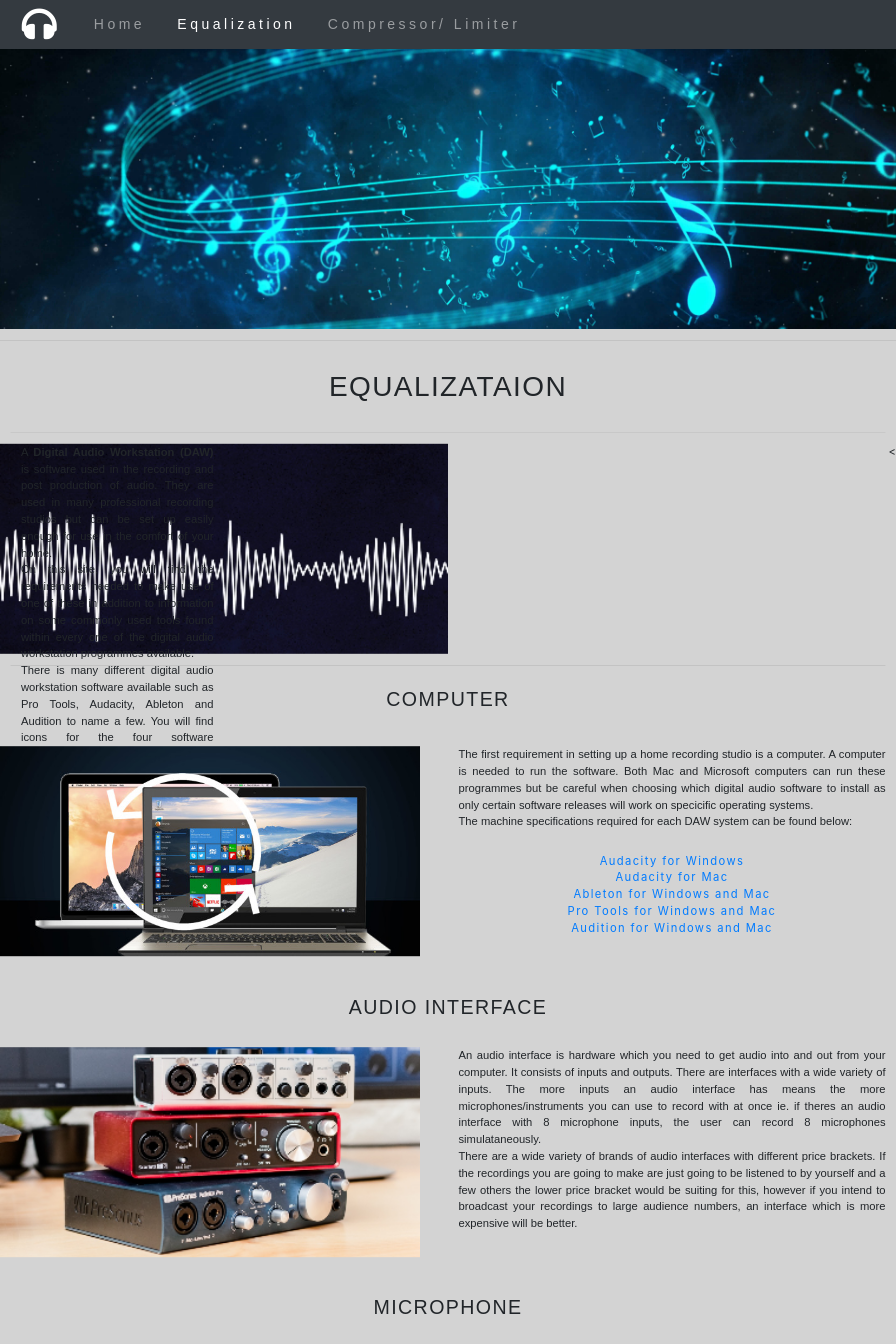
Repository: djjtyn/CIMilestoneProject1
Page: eq.html
The author's editor kept a record of every edit. The page is drawn from the files as they stood at one moment, then again after the next edit.
The browser window is 1280 px wide. The pictures show the part of the page from y = 0 to 1920 px (the page is 2670 px tall), at 70% of full size.
Some web libraries are served in a nearby version.

Above is the page before.
Console error (its wording comes from the project's code and is left out).

### eq.html
<!DOCTYPE html>
<html lang="en">
<head>
    <meta charset="UTF-8">
    <meta name="viewport" content="width=device-width, initial-scale=1.0">
    <meta http-equiv="X-UA-Compatible" content="ie=edge">
    <link rel="stylesheet" href="https://stackpath.bootstrapcdn.com/bootstrap/4.3.1/css/bootstrap.min.css" integrity="sha384-ggOyR0iXCbMQv3Xipma34MD+dH/1fQ784/j6cY/iJTQUOhcWr7x9JvoRxT2MZw1T" crossorigin="anonymous">
    <link href="https://cdnjs.cloudflare.com/ajax/libs/font-awesome/5.9.0/css/all.min.css" rel="stylesheet">
    <link rel="stylesheet" href="css/style.css" type="text/css" />
    <title>Digital Audio Workstation</title>
</head>
<body>
  <nav class="navbar navbar-expand-md navbar-dark bg-dark fixed">
            <div class="nav-brand">
                <i class="fas fa-headphones"></i>
            </div>
            <button class="navbar-toggler" type="button" data-toggle="collapse" data-target="#navbarResponsive" aria-hidden="true">
                <span class="navbar-toggler-icon"></span>
            </button>

            <div class="collapse navbar-collapse" id="navbarResponsive">
                <ul class="navbar-nav mr-auto">
                    <li class="nav-item">
                        <a class="nav-link" href="index.html">Home</a>
                    </li>
                      <li class="nav-item">
                        <a class="nav-link active" href="eq.html">Equalization</a>
                    </li>
                      <li class="nav-item">
                        <a class="nav-link" href="compressor.html">Compressor/ Limiter</a>
                    </li>
                </ul>
            </div>
        </nav> <!--NAVBAR-->

  <div class="no-gutters common-img "></div>                                  <!--COMMON PIC-->

  <hr>
                                                                            <!--MAIN-->
  <section class="container-fluid">
    <div class="row">
      <div class="col-12">
        <h1>EQUALIZATAION</h1>
      </div>
    </div>
    <hr>

    <div class="row">
      <div class="col-12 col-md-6 eq">
      <div class="col-12 col-md-6">
        <p>A <b>Digital Audio Workstation (DAW)</b> is software used in the recording and post production of audio. They are used in many professional recording studios but can be set up easily enough for use in the comfort of your home.<br>
        On this site, you will find the requirements needed to make use of one of these in addition to information on some commonly used tools found within every one of the digital audio workstation programmes available.<br>
          There is many different digital audio workstation software available such as Pro Tools, Audacity, Ableton and Audition to name a few. You will find icons for the four software programmes I have named. Each icon is a link, which upon clicking, will take you to a page containing information for each individual program and features for each one. Every one  of these software programmes have their own strengths and weaknesses but all will work well with recording or improving audio quality for basic home recordings.</p>
      </div>
    </div>

    <hr>

    <

    </div>                            <!--Requirements-->

    <hr>

    <div class="row comp">
      <div class="col-12">
        <h3>Computer</h3>
      </div>

      <div class="col-12 col-md-6 computer"></div>
      <div class="col-12 col-md-6">
      <p>The first requirement in setting up a home recording studio is a computer. A computer is needed to run the software. Both Mac and Microsoft computers can run these programmes but be careful when choosing which digital audio software to install as only certain software releases will work on specicific operating systems.<br>
                   The machine specifications required for each DAW system can be found below:
                   <ul>
                       <li><a href="https://www.audacityteam.org/download/windows/#sysreq" target="_blank">Audacity for Windows</a></li>
                       <li><a href="https://www.audacityteam.org/download/mac/" target="_blank">Audacity for Mac</a></li>
                       <li><a href="https://help.ableton.com/hc/en-us/articles/115001663530-Live-10-Minimum-System-Requirements" target="_blank">Ableton for Windows and Mac</a></li>
                       <li><a href="http://avid.force.com/pkb/articles/compatibility/Pro-Tools-System-Requirements" target="_blank">Pro Tools for Windows and Mac</a></li>
                       <li><a href="https://helpx.adobe.com/ie/audition/system-requirements.html"target="_blank">Audition for Windows and Mac</a>
                    </ul>
                </p>
      </div>
    </div>


    <div class="row">
      <div class="col-12">
        <h3>Audio Interface</h3>
      </div>
    </div>

    <div class="row int">
      <div class="col-12 col-md-6 interface"></div>
      <div class="col-12 col-md-6">
        <p>An audio interface is hardware which you need to get audio into and out from your computer. It consists of inputs and outputs. There are interfaces with a wide variety of inputs. The more inputs an audio interface has means the more microphones/instruments you can use to record with at once ie. if theres an audio interface with 8 microphone inputs, the user can record 8 microphones simulataneously.<br>
          There are a wide variety of brands of audio interfaces with different price brackets. If the recordings you are going to make are just going to be listened to by yourself and a few others the lower price bracket would be suiting for this, however if you intend to broadcast your recordings to large audience numbers, an interface which is more expensive will be better.</p>
      </div>
    </div>

    <div class="row">
      <div class="col-12">
        <h3>Microphone</h3>
      </div>
    </div>

    <div class="row int">
      <div class="col-12 col-md-6 microphone"></div>
      <div class="col-12 col-md-6">
        A microphone will definatly be needed if you intent to record vocals. However, if you plan on just recording instrumentals with musical instruments the microphone may not be needed, as most amplifiers for electric instruments have line out capibilities that allow a 3/4 jack to be inserted ad routed direct to the interface,
        There is a wide variety of microphones which are dynamic microphones, condensor microphones and ribbon microphones.
      </div>
    </div>



  </section>



  <footer class="container-fluid links">
    <h5 class="uppercase">Useful Sites</h5>
    <div class="sos">
      <h6>Sound on Sound:</h6>
    <a href="https://www.soundonsound.com/" target="_blank"> <i class="fas fa-globe"></i></a>
    <a href="https://www.youtube.com/channel/UCFw2zGrdiLLAwbNQra1vtnA" target="_blank"><i class="fab fa-youtube"></i></a>
    <a href="https://www.facebook.com/soundonsoundmag/" target="_blank"><i class="fab fa-facebook"></i></a>
    </div>
    <div class="mwthm">
      <h6>Mix with the Masters:</h6>
    <a href="https://mixwiththemasters.com/" target="_blank"><i class="fas fa-globe"></i></a>
    <a href="https://www.youtube.com/user/MixWithTheMASTERS" target="_blank"><i class="fab fa-youtube"></i></a>
      <a href="https://www.facebook.com/MixWithTheMasters/" target="_blank"><i class="fab fa-facebook"></i></a>
    </div>
     <div class="pa">
      <h6>Production Advice:</h6>
    <a href="https://productionadvice.co.uk/" target="_blank"><i class="fas fa-globe"></i></a>
    <a href="https://www.youtube.com/channel/UCMFrnWIF6N5YtOZzmCGP16A" target="_blank"><i class="fab fa-youtube"></i></a>
     <a href="https://www.facebook.com/ProductionAdvice/" target="_blank"><i class="fab fa-facebook"></i></a>
    </div>

    <div class="copy">
      <small>&copy; Copyright 2019, Example Corporation</small>
    </div>




    </footer>

</body>
<script src="https://cdnjs.cloudflare.com/ajax/libs/jquery/3.2.1/jquery.min.js"></script>
<script src="https://cdnjs.cloudflare.com/ajax/libs/twitter-bootstrap/4.0.0-alpha.6/js/bootstrap.min.js"></script>
</html>

### css/style.css
h1, h2, h3 {
    text-align: center;
    font-family: Arial;
    padding: 5;
    margin:2%;
    letter-spacing: 2px;
    text-transform: uppercase;
}

h3{
    padding: 15px;
}

p{
    text-align: justify;
    font-family: Arial;
}


/*-------------------------------------------------NAVBAR---*/

nav{
    height: 70px;
    font-size: 20px;
    color: #fff;
}

.fa-headphones{
    padding-left: 15px;
    padding-right:15px;
    margin-right: 15px;
    font-size: 50px;
}

nav ul li {
    padding:15px;
    font-family: Arial;
    letter-spacing: 5px;}

/*-------------------------------------------------COMMON IMG---*/
.common-img {
    height: 400px;
    width: 100%;
    background-image: url("../images/bg.jpg");
    background-size: cover;
    background-repeat: no-repeat;
    background-position: center;
   width: 100%;
   }


/*-------------------------------------------------MAIN---*/
h1, h2, h3 {
    text-align: center;
}

body{
    background-color: #d3d3d3;
}

.pro-tools, .ableton, .audacity, .audition {
    display: inline-block;
    padding: 2%;
}

.icons {
    text-align: center;}


/*-------------------------------------------------Requirements--*/
.comp h3{
    margin-bottom:35px;
    margin-top:0;
}

.comp ul {
    text-align:center;
    padding:15px;
}



.comp .fa-apple-alt{
    padding:10px;
}

.computer {
    width: 356px;
    height: 300px;
    background-image: url("../images/computer.jpg");
    background-size: contain;
    background-repeat: no-repeat;
    }




.interface{
    background-image: url("../images/interface.jpg");
     height: 300px;
     width:100%;
    background-size: contain;
    background-repeat: no-repeat;}

.microphone{
    background-image: url("../images/microphones.png");
     height: 300px;
    background-size: contain;
    background-repeat: no-repeat;
    background-position:center;

}

.comp, .mic, .int{
    margin-bottom:15px;
   }

ul{
    list-style: none;
    letter-spacing: 2px;
}


/*-------------------------------------------------FOOTER---*/


footer {
    background-color: #000;
    margin-top:5%;


}

h5 {
    font-family: Arial;
    color: #fff;
    letter-spacing: 2px;
    text-decoration: underline;
    font-weight: 300;
    padding: 15px;
    margin: 5;
}

h6 {
    font-family: Arial;
    letter-spacing: 2px;
    color: white;
    font-size: 15px;
}

.links a, .links, h6 {
    display: inline-block;
    padding: 10px;}

footer i {
    height: 30px;
    width: 20px;
    color: #fff;
    padding: 15px;
    margin: 15px;
    transition-timing-function: ease-in-out;
    transition-duration: .5s;
}

.copy{
    color: #fff;
    text-align: center;
    margin-top: 20px;
}

footer i:hover {
  color: red;
}

 /*-------------------------------------------------EQ---*/
 .eq{
     background-image: url("../images/EQ.png");
     background-size: cover;
     background-repeat: no-repeat;
     height: 300px;
     width:100%;
 }

 .oneband {
     background-image: url("../images/1band.png");
     background-size: contain;
     background-repeat: no-repeat;
     background-position: center;
     width:100%;
 }

 .sevenband{
     background-image: url("../images/7band.jpg");
     width:100%
     background-size: contain;
     background-repeat: no-repeat;
     background-position: center;


 }

After the next edit:
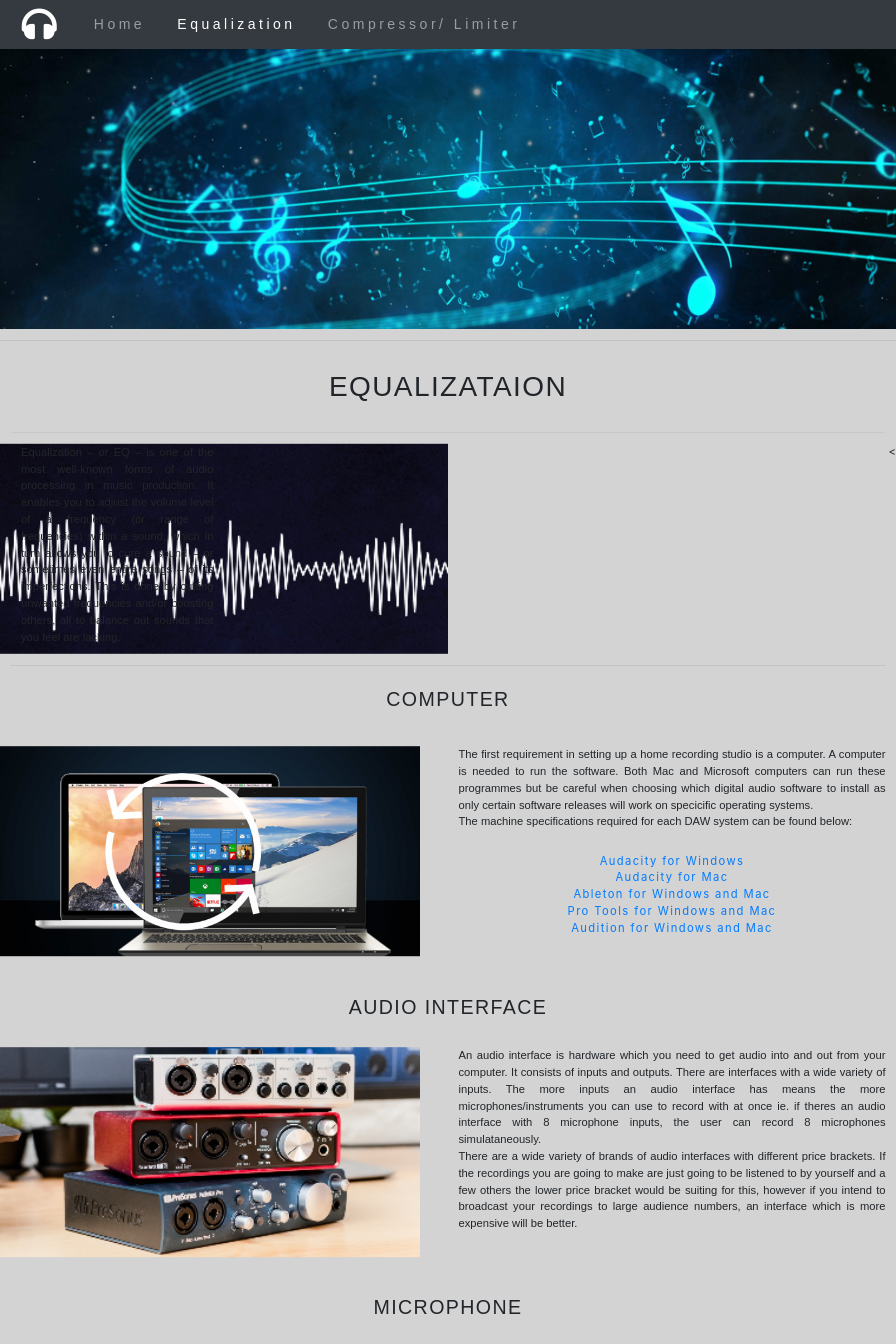
The edit:
--- a/eq.html
+++ b/eq.html
@@ -48,9 +48,7 @@
     <div class="row">
       <div class="col-12 col-md-6 eq">
       <div class="col-12 col-md-6">
-        <p>A <b>Digital Audio Workstation (DAW)</b> is software used in the recording and post production of audio. They are used in many professional recording studios but can be set up easily enough for use in the comfort of your home.<br>
-        On this site, you will find the requirements needed to make use of one of these in addition to information on some commonly used tools found within every one of the digital audio workstation programmes available.<br>
-          There is many different digital audio workstation software available such as Pro Tools, Audacity, Ableton and Audition to name a few. You will find icons for the four software programmes I have named. Each icon is a link, which upon clicking, will take you to a page containing information for each individual program and features for each one. Every one  of these software programmes have their own strengths and weaknesses but all will work well with recording or improving audio quality for basic home recordings.</p>
+        <p>Equalization – or EQ – is one of the most well-known forms of audio processing in music production. It enables you to adjust the volume level of a frequency (or range of frequencies) within a sound, which in turn allows you to cure a sound – or sometimes even entire songs – of its imperfections. This is done by cutting unwanted frequencies and/or boosting others, all to balance out sounds that you feel are lacking.</p>
       </div>
     </div>
 
